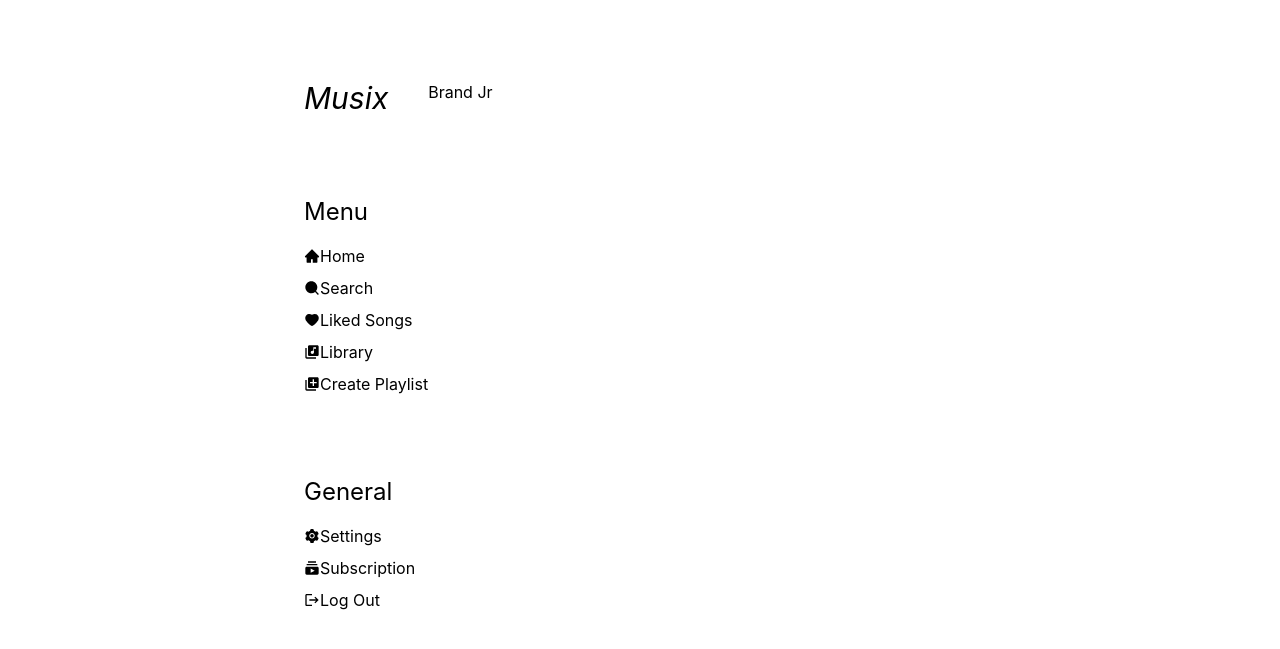
Repository: brandford7/music-player
Page: /
The author's editor kept a copy of each file at every save. The page is drawn from the files as they stood at one save, then again after the next save.
The browser window is 1280 px wide. The pictures show the whole page.
The project was rebuilt for these pictures with package versions that can differ from the ones it lists, and the page was loaded fresh each time. The framework's server and built-in components were replaced by stand-ins that run in the browser. Also part of the build but not shown: next.config.js.

Above is the page before, as saved 2022-11-18 11:48:07.

After the next save:
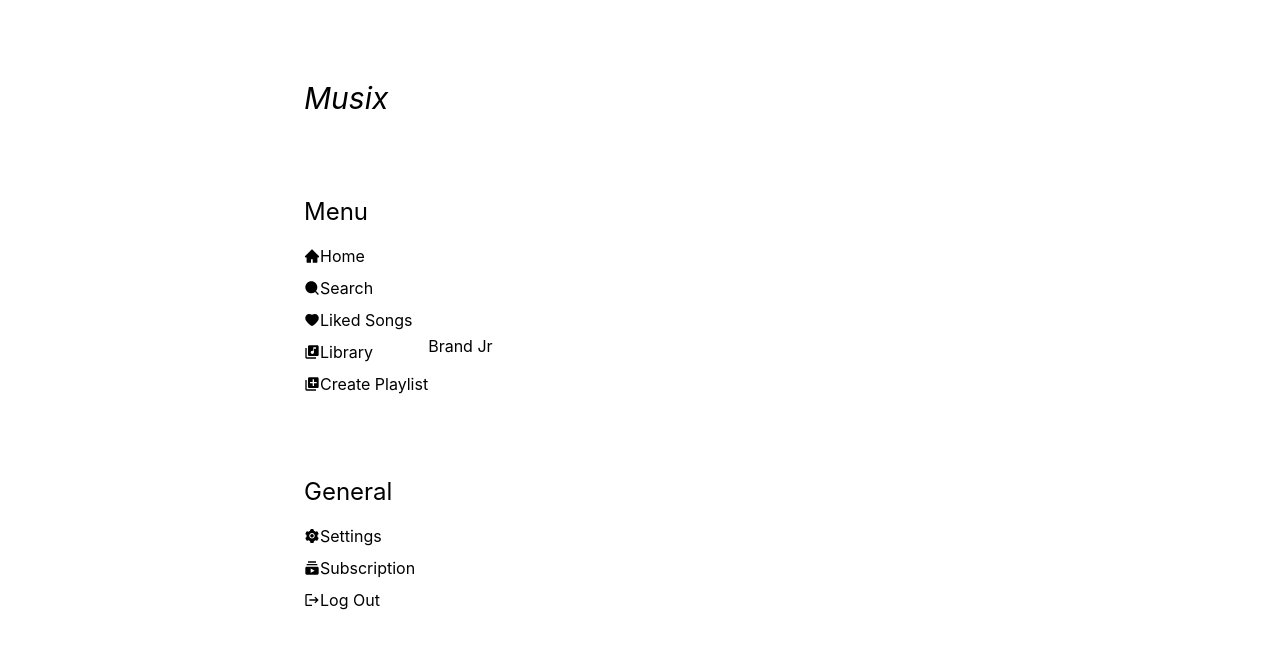
Saved 8 s later.
--- a/pages/index.js
+++ b/pages/index.js
@@ -4,7 +4,7 @@
 
 export default function Home() {
   return (
-    <div className="flex ite mx-auto max-w-2xl my-20">
+    <div className="flex items-center mx-auto max-w-2xl my-20">
       <Head>
         <title>Music Player</title>
         <meta name="description" content="Generated by create next app" />

After the 5 saves that followed:
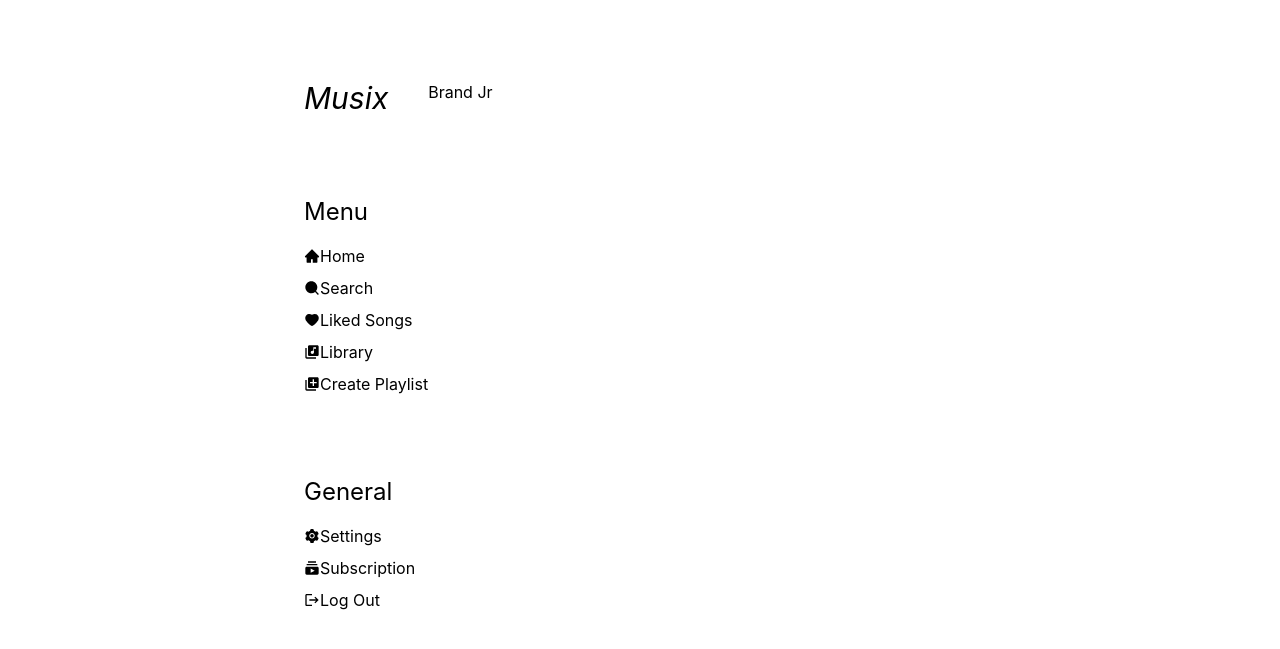
The 5 saves are shown as one change because 1 left the picture as it was and some came seconds apart.
The last was saved 54 s later.
--- a/pages/index.js
+++ b/pages/index.js
@@ -4,7 +4,7 @@
 
 export default function Home() {
   return (
-    <div className="flex items-center mx-auto max-w-2xl my-20">
+    <div className="flex  mx-auto max-w-2xl my-20">
       <Head>
         <title>Music Player</title>
         <meta name="description" content="Generated by create next app" />
